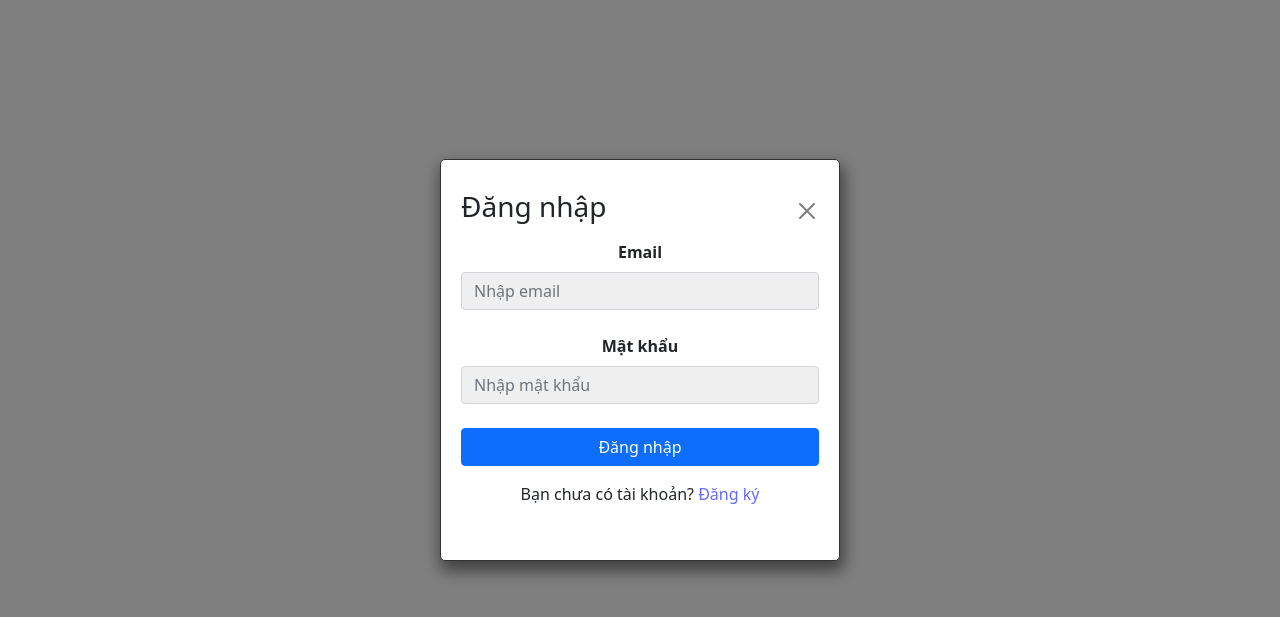
Repository: TinhTT336/MD02_Session12
Page: / (app in client/)
An editor plug-in stored every save of this project. The page is shown before and after the next save, followed by the edit.
The browser window is 1280 px wide. The pictures show the whole page.
The project was rebuilt for these pictures with package versions that can differ from the ones it lists, and the page was loaded fresh each time. Requests to the local data server were answered from the project's data file. Also part of the build but not shown: client/vite.config.js, client/src/components/admin/manager-product/FormAdd.jsx, client/src/components/admin/manager-product/FormEdit.jsx, client/src/pages/product/ListProduct.jsx, client/src/components/admin/manager-user/FormAddUser.jsx, client/src/components/admin/manager-user/FormEditUser.jsx, client/src/components/base/loading.css.

Above is the page before, as saved 2023-09-12 14:23:06.

### client/index.html
<!DOCTYPE html>
<html lang="en">
  <head>
    <meta charset="UTF-8" />
    <link rel="icon" type="image/svg+xml" href="/vite.svg" />
    <meta name="viewport" content="width=device-width, initial-scale=1.0" />
    <title>Vite + React</title>
    <link
      href="https://cdn.jsdelivr.net/npm/bootstrap@5.0.2/dist/css/bootstrap.min.css"
      rel="stylesheet"
      integrity="sha384-EVSTQN3/azprG1Anm3QDgpJLIm9Nao0Yz1ztcQTwFspd3yD65VohhpuuCOmLASjC"
      crossorigin="anonymous"
    />
    <link
      rel="stylesheet"
      href="https://cdnjs.cloudflare.com/ajax/libs/font-awesome/6.4.2/css/all.min.css"
      integrity="sha512-z3gLpd7yknf1YoNbCzqRKc4qyor8gaKU1qmn+CShxbuBusANI9QpRohGBreCFkKxLhei6S9CQXFEbbKuqLg0DA=="
      crossorigin="anonymous"
      referrerpolicy="no-referrer"
    />
  </head>
  <body>
    <div id="root"></div>
    <script type="module" src="/src/main.jsx"></script>
  </body>
</html>

### client/src/App.jsx
import { useState } from 'react'
import reactLogo from './assets/react.svg'
import viteLogo from '/vite.svg'
import './App.css'
import ListProduct from './pages/product/ListProduct'
import ListUser from './pages/admin/ListUser'
import Login from './pages/user/login/Login'

function App() {
  const [count, setCount] = useState(0)

  return (
    <>
      {/* <ListProduct /> */}
      {/* <ListUser /> */}
      <Login />
    </>
  )
}

export default App

### client/src/pages/user/login/Login.jsx
import React, { useState } from 'react';
import "./login.css";

export default function Login() {
    const [email, setEmail] = useState("");
    const [password, setPassword] = useState("");
    const [emailError, setEmailError] = useState(false);
    const [passwordError, setPasswordError] = useState(false);

    // ham validate du lieu nhap vao
    const validateData = (nameInput, valueInput) => {
        switch (nameInput) {
            case "email":
                if (!valueInput) {
                    setEmailError(true);
                } else {
                    setEmailError(false);
                }
                break;
            case "password":
                if (!valueInput) {
                    setPasswordError(true);
                } else {
                    setPasswordError(false);
                }
                break;
            default:
                break;
        }
    }

    // ham lay du lieu tu o Input
    const handleInputChange = (e) => {
        // lay name va value tu o input
        const { value, name } = e.target;

        // khi onChange thi goi den ham validate(
        validateData(name, value);
        // kiem tra name va gan gia tri
        if (name === "email") {
            setEmail(value);
        } else if (name === "password") {
            setPassword(value);
        } else {
            return;
        }
    }

    // ham submit du lieu
    const handleSubmit = (e) => {
        e.preventDefault();
        validateData("email", email);
        validateData("password", password);

        if (email && password) {
            const newUser = {
                email,
                password
            }
            console.log(newUser);
        }
    }

    return (
        <>
            <div className='container-login'>
                <form className='form-login' onSubmit={handleSubmit}>
                    <div className='d-flex justify-content-between align-items-center mb-2'>
                        <h3>Đăng nhập</h3>
                        <div className='btn btn-close'></div>
                    </div>
                    <div className='form-group mb-4'>
                        <label className='form-label' htmlFor="email">Email</label>
                        <input className={`form-control ${emailError && "border-err"}`}
                            type="text" name="email" id="email" placeholder='Nhập email'
                            value={email} onChange={handleInputChange}
                            onBlur={handleInputChange} />
                        {emailError && <div className='text-err mt-1  '>Email không được để trống</div>}
                    </div>
                    <div className='form-group mb-4'>
                        <label className='form-label' htmlFor="password">Mật khẩu</label>
                        <input className={`form-control ${passwordError && "border-err"}`}
                            type="password" name="password" id="password" placeholder='Nhập mật khẩu'
                            value={password} onChange={handleInputChange}
                            onBlur={handleInputChange} />
                        {passwordError && <div className='text-err mt-1 '>Mật khẩu không được để trống</div>}
                    </div>
                    <div className='mb-2'>
                        <button className='btn btn-primary w-100'>Đăng nhập</button>
                    </div>
                    <p className='p-2 text-center' >Bạn chưa có tài khoản? <a href='#'>Đăng ký</a> </p>
                </form>
            </div>
        </>
    )
}

### client/src/pages/user/login/login.css
.container-login {
  position: fixed;
  top: 0;
  bottom: 0;
  left: 0;
  right: 0;
  background: rgba(0, 0, 0, 0.5);
  display: flex;
  align-items: center;
  justify-content: center;
}
.form-login {
  padding: 30px 20px;
  border: 1px solid #333;
  width: 400px;
  background-color: #fff;
  border-radius: 5px;
  box-shadow: 2px 8px 16px 2px rgba(0, 0, 0, 0.5);
}
.form-group {
  display: flex;
  flex-direction: column;
}
.form-label {
  font-weight: 600;
}
.text-err {
  color: red;
  font-style: italic;
  font-size: 14px;
}
.border-err {
  border-color: red;
}

### client/src/components/admin/manager-product/product.css
.product-container {
  position: fixed;
  bottom: 0;
  top: 0;
  right: 0;
  left: 0;
  background: rgba(0, 0, 0, 0.6);
  display: flex;
  align-items: center;
  justify-content: center;
  min-height: 100vh;
}
.form-container {
  width: 400px;
  padding: 20px;
  background-color: #fff;
  border: 1px solid #3333;
  border-radius: 4px;
}
.form-control {
  background-color: #efefef;
}

### client/src/pages/admin/ListUser.jsx
import React, { useEffect, useState } from 'react';
import axios from 'axios';// khong co dau ngoac nhon
import { notification } from 'antd';
import FormAddUser from '../../components/admin/manager-user/FormAddUser';
import FormEditUser from '../../components/admin/manager-user/FormEditUser';
import { formatDate } from '../../utils/formatData';
import debounce from "lodash.debounce";
import Loading from '../../components/base/Loading';

export default function ListUser() {
    const [users, setUsers] = useState([]);
    const [show, setShow] = useState(false);
    const [showEdit, setShowEdit] = useState(false);
    const [idEdit, setIdEdit] = useState(null);
    const [searchText, setSearchText] = useState("");
    const [showLoading, setShowLoading] = useState(false);
    // goi API lấy tất cả thông tin
    const loadData = async () => {
        setShowLoading(true);
        await axios.get(`http://localhost:8000/users?user_name_like=${searchText}`)
            .then(response => setUsers(response.data))
            .catch(error => setShowLoading(true))
        setShowLoading(false);

    }

    useEffect(() => {
        const delaySearch = debounce(loadData, 1000)//dat do tre cho ham search tinh tu khi bo tay ra kho ban phim
        delaySearch();
        return delaySearch.cancel; //huy debounce khi khong thuc hien chua nang search
    }, [searchText])

    // ham xoa du lieu
    const handleDelete = (id) => {
        axios.delete(`http://localhost:8000/users/${id}`)
            .then(response => {
                if (response.status === 200) {
                    notification.success({
                        message: "Thành công!",
                        description: "Xoá tài khoản thành công"
                    });
                    loadData();
                }
            })
            .catch(error => console.log(error))
    }

    // ham hien form them moi
    const handleShow = () => {
        setShow(true);
    }

    // ham dong form them moi
    const handleClose = () => {
        setShow(false);
    }

    // ham hien form edit
    const handleShowEdit = (id) => {
        setShowEdit(true);
        setIdEdit(id);
    }

    // ham dong form edit
    const handleCloseEdit = () => {
        setShowEdit(false);
    }
    return (
        <>
            {/* loading */}
            {showLoading && <Loading />}
            {/* Form them moi */}
            {show && <FormAddUser handleClose={handleClose} loadData={loadData} />}
            {/* Form edit */}
            {showEdit && <FormEditUser handleCloseEdit={handleCloseEdit} loadData={loadData} idEdit={idEdit} />}
            <div className='container d-flex align-items-center  flex-column m-3'>
                <div className='d-flex justify-content-between mb-3' style={{ width: "100%", gap: "20px" }}>
                    <button onClick={handleShow} className='btn btn-primary mb-3'>+ Thêm mới tài khoản</button>
                    <input value={searchText}
                        onChange={(e) => setSearchText(e.target.value)} type="text" name="" id="" className="form-control w-50" placeholder='Nhập từ khoá tìm kiếm' />
                </div>
                <table className='table table-striped table-hover table-bordered'>
                    <thead>
                        <tr>
                            <th style={{ textAlign: "center" }} scope='col'>STT</th>
                            <th style={{ textAlign: "center" }} scope='col'>Tên</th>
                            <th style={{ textAlign: "center" }} scope='col'>Giới tính</th>
                            <th style={{ textAlign: "center" }} scope='col'>Ngày sinh</th>
                            <th style={{ textAlign: "center" }} scope='col'>Địa chỉ</th>
                            <th style={{ textAlign: "center" }} scope='col'>Email</th>
                            <th style={{ textAlign: "center" }} scope='col' colSpan={2}>Chức năng</th>
                        </tr>
                    </thead>
                    <tbody>
                        {users.map((user, index) => (
                            <tr key={user.id}>
                                <td>{index + 1}</td>
                                <td>{user.user_name}</td>
                                <td>{user.gender === 0 ? "Nam" : (user.gender === 1 ? "Nữ" : "Khác")}</td>
                                <td>{formatDate(user.dateOfBirth)}</td>
                                <td>{user.address}</td>
                                <td>{user.email}</td>
                                <td onClick={() => handleShowEdit(user.id)}><i className="fa-solid fa-pen-to-square "></i></td>
                                <td onClick={() => handleDelete(user.id)}><i className="fa-solid fa-trash "></i></td>
                            </tr>

                        ))}
                    </tbody>
                </table>
            </div>
        </>
    )
}

### client/src/utils/formatData.js
/**
 * ham format tien te Viet Nam
 * @param {*} money chuoi tien te can format
 * @returns chuoi tien te da duoc format
 * Author: TinhTT (11/09/2023)
 */
export const formatMoney = (money) => {
  return money.toLocaleString("vi", { style: "currency", currency: "VND" });
};
/**
 * ham dinh dang chuoi thoi gian
 * @param {*} date chuoi thoi gian can dinh dang
 * @returns dinh dang thoi gian theo kieu ngay-thang-nam
 * Author: TinhTT(12/9/2023)
 */
export const formatDate = (date) => {
  // lay ra dinh dang thoi gian cua chuoi dua vao thoi gian thuc
  const today = new Date(date);
  // lay ra nam
  let year = today.getFullYear();
  // lay ra thang
  let month = today.getMonth() + 1;
  if (month > 0 && month < 10) {
    month = `0${month}`;
  }
  // lay ra ngay
  let day = today.getDate();
  // tra ra chuoi can dinh dang
  return `${day}-${month}-${year}`;
};
/**
 * Validate email
 * @param {*} email : chuỗi email cần kiểm tra
 * @returns true nếu đúng định dạng, false nếu sai định dạng
 * Author: NVQUY(12/09/2023)
 */
export const ValidateEmail = (email) => {
  return String(email)
    .toLowerCase()
    .match(
      /^(([^<>()[\]\\.,;:\s@"]+(\.[^<>()[\]\\.,;:\s@"]+)*)|.(".+"))@((\[[0-9]{1,3}\.[0-9]{1,3}\.[0-9]{1,3}\.[0-9]{1,3}\])|(([a-zA-Z\-0-9]+\.)+[a-zA-Z]{2,}))$/
    );
};

### client/src/components/base/Loading.jsx
import React from "react";
import "./loading.css";

export default function Loading() {
    return (
        <>
            <div className="loading-container">
                <div className="loader-container">
                    <div className="loader"></div>
                </div>
            </div>
        </>
    );
}

### server/db.json
{
  "users": [
    {
      "email": "ba@gmail.com",
      "password": "$2a$10$dR3OnjgY62k9wRyVo5LbNeqOKyZL54t2fqGn3sQJJPeKdv6eA7BPC",
      "user_name": "Nguyễn Văn B",
      "gender": 1,
      "address": "Hà Nội ",
      "dateOfBirth": "20/01/2004",
      "id": 1
    },
    {
      "email": "nguyenvana@gmail.com",
      "password": "$2a$10$19Cnt/n/J/yqyoAFKDjy4.HmmO9ZH/8PjB0.suBV3eBKrZBomKi1O",
      "user_name": "Nguyễn Văn A",
      "gender": 0,
      "dateOfBirth": "11/11/2000",
      "address": "Ha Nam",
      "id": 2
    },
    {
      "email": "nguyenvand@gmail.com",
      "password": "$2a$10$Tz6cvrc/vgRS4QnEr.4qZ.fK3iOzyYLpUpImKREPYkv/5n3Y6PAG2",
      "user_name": "Nguyễn Văn Dinh",
      "gender": 0,
      "dateOfBirth": "11/11/2000",
      "address": "Thai Binh",
      "id": 3
    }
  ],
  "products": [
    {
      "id": 1,
      "product_name": "Cam sanh",
      "price": 20000,
      "from": "mien Tay"
    },
    {
      "id": 2,
      "product_name": "Cam vàng",
      "price": 40000,
      "from": "mien Tay"
    },
    {
      "product_name": "Chôm chôm",
      "price": 35000,
      "from": "Miền Nam",
      "id": 5
    },
    {
      "product_name": "Ổi hồng",
      "price": 40000,
      "from": "Miền Nam",
      "id": 6
    },
    {
      "product_name": "Bưởi da xanh",
      "price": 56000,
      "from": "Miền Nam",
      "id": 7
    }
  ]
}

Loaded but not shown: client/src/main.jsx (common file); client/src/index.css (common file); client/src/App.css (common file)

After the next save:
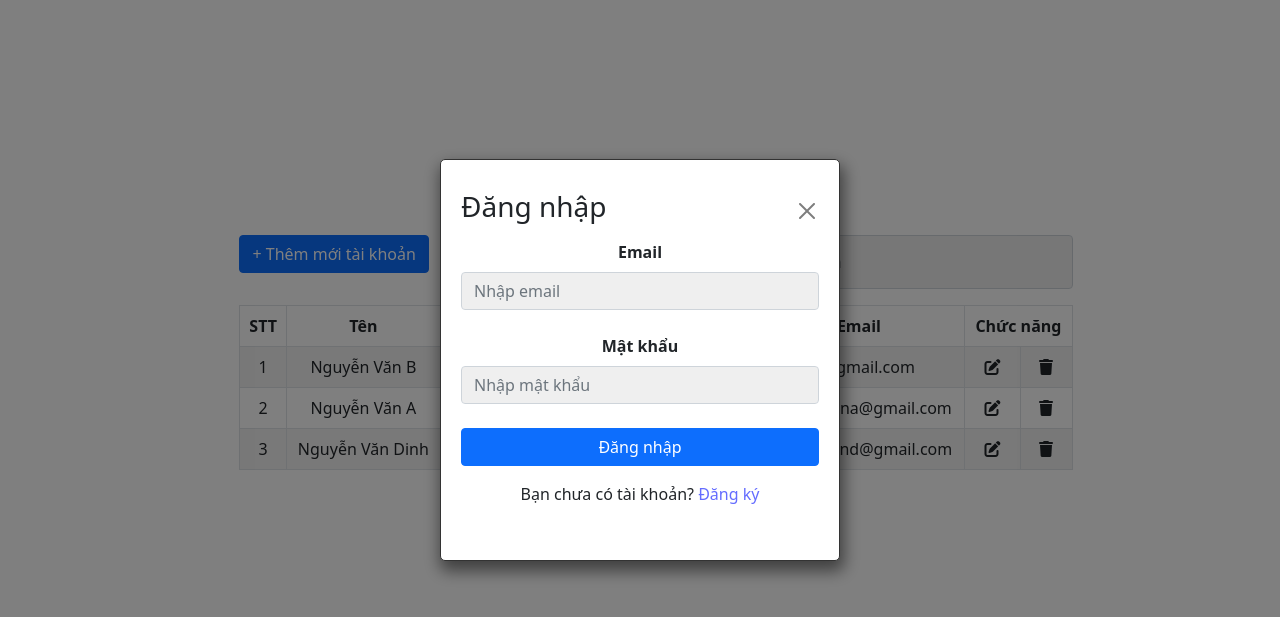
Saved 9 min 0 s later.
--- a/client/src/App.jsx
+++ b/client/src/App.jsx
@@ -12,7 +12,7 @@ function App() {
   return (
     <>
       {/* <ListProduct /> */}
-      {/* <ListUser /> */}
+      <ListUser />
       <Login />
     </>
   )
